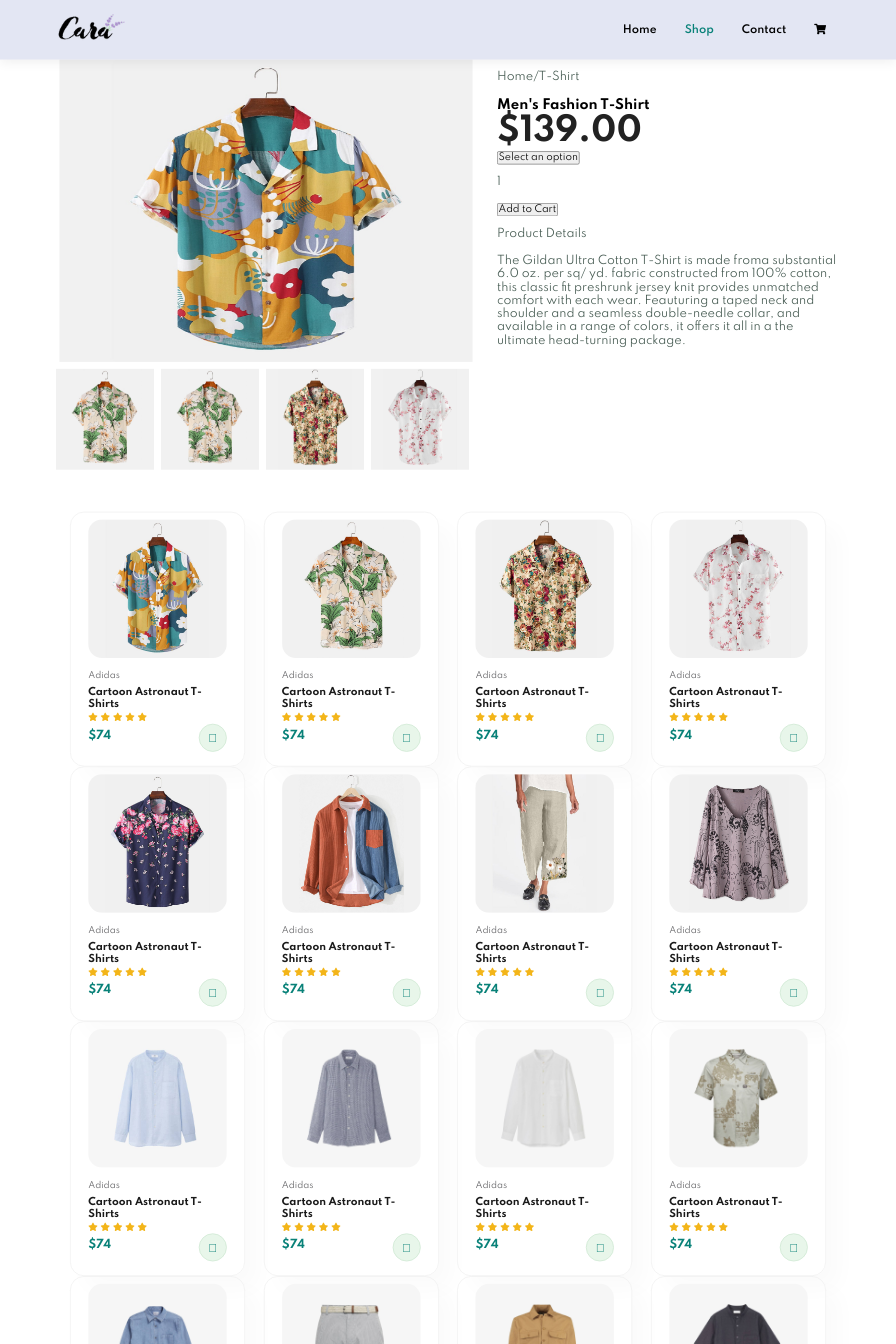
Repository: Daryllgio/E-Commerce-Website-UI
Page: ItemDetail.html
The author's editor kept a copy of each file at every save. The page is drawn from the files as they stood at one save, then again after the next save.
The browser window is 1280 px wide. The pictures show the part of the page from y = 0 to 1920 px (the page is 2830 px tall), at 70% of full size.
Some web libraries are served in a nearby version.

Above is the page before, as saved 2025-01-01 11:35:44.

### ItemDetail.html
<!DOCTYPE html>
<html lang="en">

<head>
    <meta charset="UTF-8">
    <meta http-equiv="X-UA-Compatible" content="IE=edge">
    <meta name="viewport" content="width=device-width, initial-scale=1.0">
    <title>Tech2etc Ecommerce Tutorial</title>
    <link rel="stylesheet" href="https://pro.fontawesome.com/releases/v5.10.0/css/all.css" />

    <link rel="stylesheet" href="style.css">
</head>

<body>
    <section id="header">
        <a href="#"><img src="img/logo.png" id="logo" class="logo" alt=""></a>

        <div>
            <ul id="navbar">
                <li>
                    <a href="index.html">Home</a>
                </li>
                <li>
                    <a class="active" href="shop.html">Shop</a>
                </li>
                <li>
                    <a href="contact.html">Contact</a>
                </li>
                <li>
                    <a href="cart.html"><i class="fa fa-shopping-cart" aria-hidden="true"></i></a>
                </li>

            </ul>
        </div>
    </section>

    <section id="Product-Detail-Container">
        <div class="OptionContainer">
            <img src="img/products/f1.jpg" class="MainOption" alt="">
            <div class="OptionSubContainer">
                <img src="img/products/f2.jpg" class="option" alt="">
                <img src="img/products/f2.jpg" class="option" alt="">
                <img src="img/products/f3.jpg" class="option" alt="">
                <img src="img/products/f4.jpg" class="option" alt="">
            </div>
        </div>

        <div>
            <p class="Product-Name">Home/T-Shirt</p>
            <h3 class="Product-Category">Men's Fashion T-Shirt</h3>
            <h2 class="Product-Price">$139.00</h2>
            <div class="dropdown">
                <button class="dropdown-btn" onclick="toggleDropdown()">Select an option</button>
                <div class="dropdown-content" id="myDropdown">
                    <a href="#">Option 1</a>
                    <a href="#">Option 2</a>
                    <a href="#">Option 3</a>
                </div>
            </div>
            <div>
                <p class="Product-Quantity">
                    1
                </p>
                <button>
                    Add to Cart
                </button>
            </div>
            <p class="Product-Detail-Header">Product Details</p>
            <p class="Product-Detals">
                The Gildan Ultra Cotton T-Shirt is made froma substantial 6.0 oz. per sq/ yd. fabric constructed
                from 100% cotton, this classic fit preshrunk jersey knit provides unmatched comfort with each wear.
                Feauturing a taped neck and shoulder and a seamless double-needle collar, and available in a range
                of colors, it offers it all in a the ultimate head-turning package.
            </p>
        </div>

    </section>


    <section id="product1" class="section-p1">
        <div class="pro-container">
            <div class="pro">
                <img src="img/products/f1.jpg" alt="">
                <div class="des">
                    <span>Adidas</span>
                    <h5>Cartoon Astronaut T-Shirts</h5>
                    <div class="star">
                        <i class="fas fa-star"></i>
                        <i class="fas fa-star"></i>
                        <i class="fas fa-star"></i>
                        <i class="fas fa-star"></i>
                        <i class="fas fa-star"></i>
                    </div>
                    <div class="Shop">
                        <h4>$74</h4>
                        <a href="#"><i class="fal fa-shopping-cart "></i></a>
                    </div>

                </div>
            </div>

            <div class="pro">
                <img src="img/products/f2.jpg" alt="">
                <div class="des">
                    <span>Adidas</span>
                    <h5>Cartoon Astronaut T-Shirts</h5>
                    <div class="star">
                        <i class="fas fa-star"></i>
                        <i class="fas fa-star"></i>
                        <i class="fas fa-star"></i>
                        <i class="fas fa-star"></i>
                        <i class="fas fa-star"></i>
                    </div>
                    <div class="Shop">
                        <h4>$74</h4>
                        <a href="#"><i class="fal fa-shopping-cart "></i></a>
                    </div>

                </div>
            </div>

            <div class="pro">
                <img src="img/products/f3.jpg" alt="">
                <div class="des">
                    <span>Adidas</span>
                    <h5>Cartoon Astronaut T-Shirts</h5>
                    <div class="star">
                        <i class="fas fa-star"></i>
                        <i class="fas fa-star"></i>
                        <i class="fas fa-star"></i>
                        <i class="fas fa-star"></i>
                        <i class="fas fa-star"></i>
                    </div>
                    <div class="Shop">
                        <h4>$74</h4>
                        <a href="#"><i class="fal fa-shopping-cart "></i></a>
                    </div>

                </div>
            </div>

            <div class="pro">
                <img src="img/products/f4.jpg" alt="">
                <div class="des">
                    <span>Adidas</span>
                    <h5>Cartoon Astronaut T-Shirts</h5>
                    <div class="star">
                        <i class="fas fa-star"></i>
                        <i class="fas fa-star"></i>
                        <i class="fas fa-star"></i>
                        <i class="fas fa-star"></i>
                        <i class="fas fa-star"></i>
                    </div>
                    <div class="Shop">
                        <h4>$74</h4>
                        <a href="#"><i class="fal fa-shopping-cart "></i></a>
                    </div>

                </div>
            </div>

            <div class="pro">
                <img src="img/products/f5.jpg" alt="">
                <div class="des">
                    <span>Adidas</span>
                    <h5>Cartoon Astronaut T-Shirts</h5>
                    <div class="star">
                        <i class="fas fa-star"></i>
                        <i class="fas fa-star"></i>
                        <i class="fas fa-star"></i>
                        <i class="fas fa-star"></i>
                        <i class="fas fa-star"></i>
                    </div>
                    <div class="Shop">
                        <h4>$74</h4>
                        <a href="#"><i class="fal fa-shopping-cart "></i></a>
                    </div>

                </div>
            </div>

            <div class="pro">
                <img src="img/products/f6.jpg" alt="">
                <div class="des">
                    <span>Adidas</span>
                    <h5>Cartoon Astronaut T-Shirts</h5>
                    <div class="star">
                        <i class="fas fa-star"></i>
                        <i class="fas fa-star"></i>
                        <i class="fas fa-star"></i>
                        <i class="fas fa-star"></i>
                        <i class="fas fa-star"></i>
                    </div>
                    <div class="Shop">
                        <h4>$74</h4>
                        <a href="#"><i class="fal fa-shopping-cart "></i></a>
                    </div>

                </div>
            </div>

            <div class="pro">
                <img src="img/products/f7.jpg" alt="">
                <div class="des">
                    <span>Adidas</span>
                    <h5>Cartoon Astronaut T-Shirts</h5>
                    <div class="star">
                        <i class="fas fa-star"></i>
                        <i class="fas fa-star"></i>
                        <i class="fas fa-star"></i>
                        <i class="fas fa-star"></i>
                        <i class="fas fa-star"></i>
                    </div>
                    <div class="Shop">
                        <h4>$74</h4>
                        <a href="#"><i class="fal fa-shopping-cart "></i></a>
                    </div>

                </div>
            </div>

            <div class="pro">
                <img src="img/products/f8.jpg" alt="">
                <div class="des">
                    <span>Adidas</span>
                    <h5>Cartoon Astronaut T-Shirts</h5>
                    <div class="star">
                        <i class="fas fa-star"></i>
                        <i class="fas fa-star"></i>
                        <i class="fas fa-star"></i>
                        <i class="fas fa-star"></i>
                        <i class="fas fa-star"></i>
                    </div>
                    <div class="Shop">
                        <h4>$74</h4>
                        <a href="#"><i class="fal fa-shopping-cart "></i></a>
                    </div>

                </div>
            </div>




            <div class="pro">
                <img src="img/products/n1.jpg" alt="">
                <div class="des">
                    <span>Adidas</span>
                    <h5>Cartoon Astronaut T-Shirts</h5>
                    <div class="star">
                        <i class="fas fa-star"></i>
                        <i class="fas fa-star"></i>
                        <i class="fas fa-star"></i>
                        <i class="fas fa-star"></i>
                        <i class="fas fa-star"></i>
                    </div>
                    <div class="Shop">
                        <h4>$74</h4>
                        <a href="#"><i class="fal fa-shopping-cart "></i></a>
                    </div>

                </div>
            </div>

            <div class="pro">
                <img src="img/products/n2.jpg" alt="">
                <div class="des">
                    <span>Adidas</span>
                    <h5>Cartoon Astronaut T-Shirts</h5>
                    <div class="star">
                        <i class="fas fa-star"></i>
                        <i class="fas fa-star"></i>
                        <i class="fas fa-star"></i>
                        <i class="fas fa-star"></i>
                        <i class="fas fa-star"></i>
                    </div>
                    <div class="Shop">
                        <h4>$74</h4>
                        <a href="#"><i class="fal fa-shopping-cart "></i></a>
                    </div>

                </div>
            </div>

            <div class="pro">
                <img src="img/products/n3.jpg" alt="">
                <div class="des">
                    <span>Adidas</span>
                    <h5>Cartoon Astronaut T-Shirts</h5>
                    <div class="star">
                        <i class="fas fa-star"></i>
                        <i class="fas fa-star"></i>
                        <i class="fas fa-star"></i>
                        <i class="fas fa-star"></i>
                        <i class="fas fa-star"></i>
                    </div>
                    <div class="Shop">
                        <h4>$74</h4>
                        <a href="#"><i class="fal fa-shopping-cart "></i></a>
                    </div>

                </div>
            </div>

            <div class="pro">
                <img src="img/products/n4.jpg" alt="">
                <div class="des">
                    <span>Adidas</span>
                    <h5>Cartoon Astronaut T-Shirts</h5>
                    <div class="star">
                        <i class="fas fa-star"></i>
                        <i class="fas fa-star"></i>
                        <i class="fas fa-star"></i>
                        <i class="fas fa-star"></i>
                        <i class="fas fa-star"></i>
                    </div>
                    <div class="Shop">
                        <h4>$74</h4>
                        <a href="#"><i class="fal fa-shopping-cart "></i></a>
                    </div>

                </div>
            </div>

            <div class="pro">
                <img src="img/products/n5.jpg" alt="">
                <div class="des">
                    <span>Adidas</span>
                    <h5>Cartoon Astronaut T-Shirts</h5>
                    <div class="star">
                        <i class="fas fa-star"></i>
                        <i class="fas fa-star"></i>
                        <i class="fas fa-star"></i>
                        <i class="fas fa-star"></i>
                        <i class="fas fa-star"></i>
                    </div>
                    <div class="Shop">
                        <h4>$74</h4>
                        <a href="#"><i class="fal fa-shopping-cart "></i></a>
                    </div>

                </div>
            </div>

            <div class="pro">
                <img src="img/products/n6.jpg" alt="">
                <div class="des">
                    <span>Adidas</span>
                    <h5>Cartoon Astronaut T-Shirts</h5>
                    <div class="star">
                        <i class="fas fa-star"></i>
                        <i class="fas fa-star"></i>
                        <i class="fas fa-star"></i>
                        <i class="fas fa-star"></i>
                        <i class="fas fa-star"></i>
                    </div>
                    <div class="Shop">
                        <h4>$74</h4>
                        <a href="#"><i class="fal fa-shopping-cart "></i></a>
                    </div>

                </div>
            </div>

            <div class="pro">
                <img src="img/products/n7.jpg" alt="">
                <div class="des">
                    <span>Adidas</span>
                    <h5>Cartoon Astronaut T-Shirts</h5>
                    <div class="star">
                        <i class="fas fa-star"></i>
                        <i class="fas fa-star"></i>
                        <i class="fas fa-star"></i>
                        <i class="fas fa-star"></i>
                        <i class="fas fa-star"></i>
                    </div>
                    <div class="Shop">
                        <h4>$74</h4>
                        <a href="#"><i class="fal fa-shopping-cart "></i></a>
                    </div>

                </div>
            </div>

            <div class="pro">
                <img src="img/products/n8.jpg" alt="">
                <div class="des">
                    <span>Adidas</span>
                    <h5>Cartoon Astronaut T-Shirts</h5>
                    <div class="star">
                        <i class="fas fa-star"></i>
                        <i class="fas fa-star"></i>
                        <i class="fas fa-star"></i>
                        <i class="fas fa-star"></i>
                        <i class="fas fa-star"></i>
                    </div>
                    <div class="Shop">
                        <h4>$74</h4>
                        <a href="#"><i class="fal fa-shopping-cart "></i></a>
                    </div>

                </div>
            </div>
    </section>

    <section id="ShopPagePagination">
        <a href="#">
            1
        </a>
        <a href="#">
            2
        </a>
        <a href="#">
            <i class="fal fa-long-arrow-alt-right"></i>
        </a>
    </section>

    <section id="sm-NewsLetter" class="section-p1">
        <div class="Newsletters-Container">
            <div class="Newsletters-Text">
                <h3>Sign Up For Newsletters</h3>
                <p> Get the updates about out latest shop and <span>special offers</span></p>
            </div>
            <div class="Newsletters-Input">
                <input placeholder="Your email address" />
                <button>
                    Sign Up
                </button>
            </div>
        </div>
    </section>

    <footer id="Footer" class="section-p1">
        <div class="Footer-box">
            <h3>Contact</h3>
            <p><span>Address: </span>1233 Colonel By Drive, Ottawa, Canada</p>
            <p><span>Phone: </span>+1 (234) 567-9810</span></p>
            <p><span>Hours: </span>1233 Coloenl By Drive, Ottawa, Canada</p>
            <h3>Follow Us</h3>

            <div class="Social-Icons">
                <i class="fab fa-facebook-f"></i>
                <i class="fab fa-instagram"></i>
                <i class="fab fa-pinterest-p"></i>
            </div>
        </div>

        <div class="Footer-box">
            <h3>About</h3>
            <a href="#">Delivery Information</a>
            <a href="#">Privacy Policy</a>
            <a href="#">Terms & Conditions</a>
            <a href="contact.html">Contact Us</a>
        </div>

        <div class="Footer-box">
            <h3>My Account</h3>
            <a href="#">Sign In</a>
            <a href="cart.html">View Cart</a>
            <a href="#">Track My Order</a>
            <a href="#">Help</a>
        </div>

        <div class="Footer-box">
            <h3>Install App</h3>
            <p>From App Store or Google Play</p>
            <div class="Pay-Container">
                <img src="img/pay/app.jpg" class="pay" alt="">
                <img src="img/pay/play.jpg" class="pay" alt="">

            </div>
            <p>Secured Payment Gateways</p>
            <img src="img/pay/pay.png" alt="">

        </div>

    </footer>
    <div id="copyright">
        <p>
            2024, E-commerce website project
        </p>
    </div>

    <script src="script.js"></script>
</body>

</html>

Loaded but not shown: script.js (5 lines, source omitted); style.css (625 lines, source omitted)

After the next save:
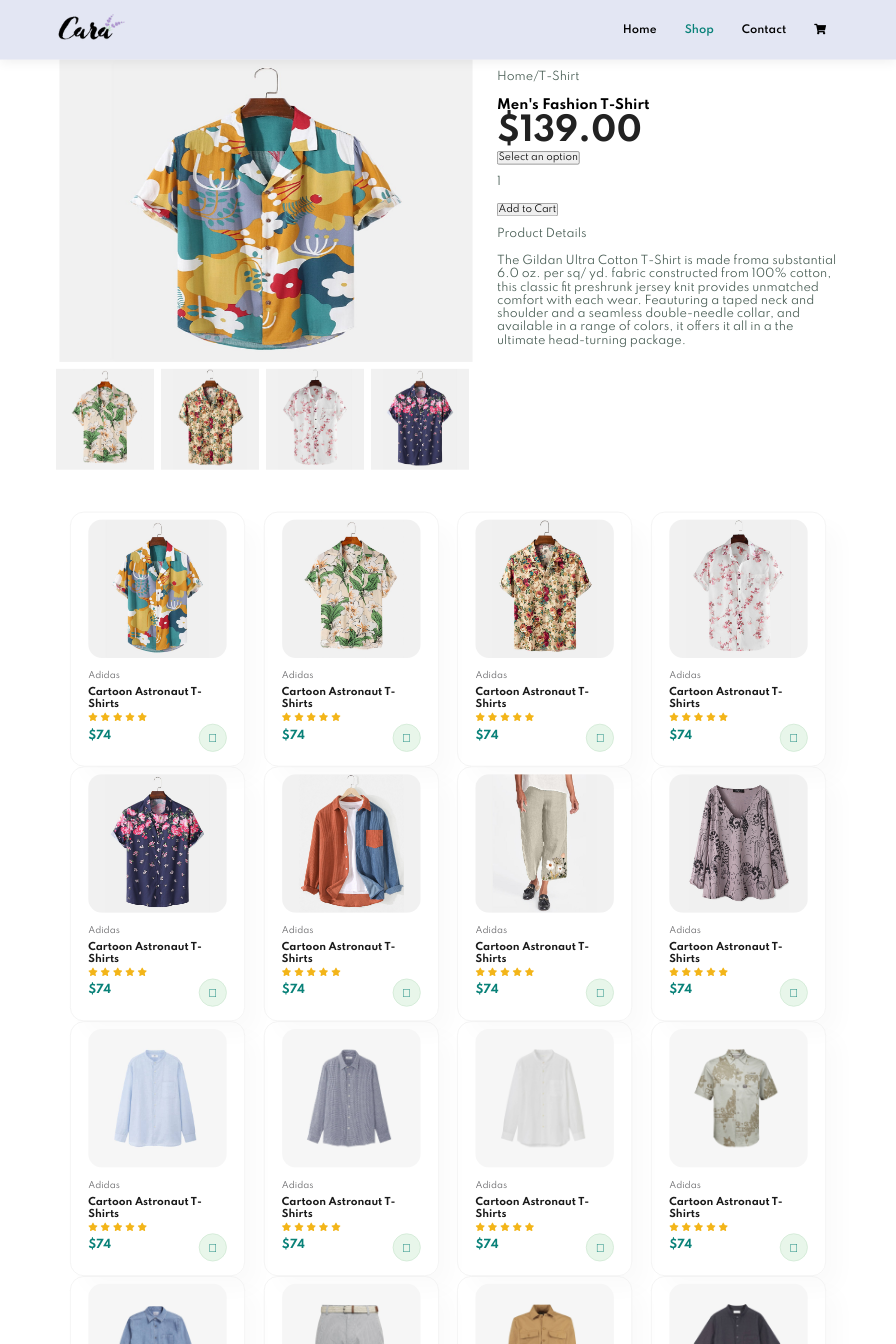
Saved 3 min 31 s later.
--- a/ItemDetail.html
+++ b/ItemDetail.html
@@ -39,9 +39,9 @@
             <img src="img/products/f1.jpg" class="MainOption" alt="">
             <div class="OptionSubContainer">
                 <img src="img/products/f2.jpg" class="option" alt="">
-                <img src="img/products/f2.jpg" class="option" alt="">
                 <img src="img/products/f3.jpg" class="option" alt="">
                 <img src="img/products/f4.jpg" class="option" alt="">
+                <img src="img/products/f5.jpg" class="option" alt="">
             </div>
         </div>
 
@@ -57,7 +57,7 @@
                     <a href="#">Option 3</a>
                 </div>
             </div>
-            <div>
+            <div class="Product-Num-Container">
                 <p class="Product-Quantity">
                     1
                 </p>
